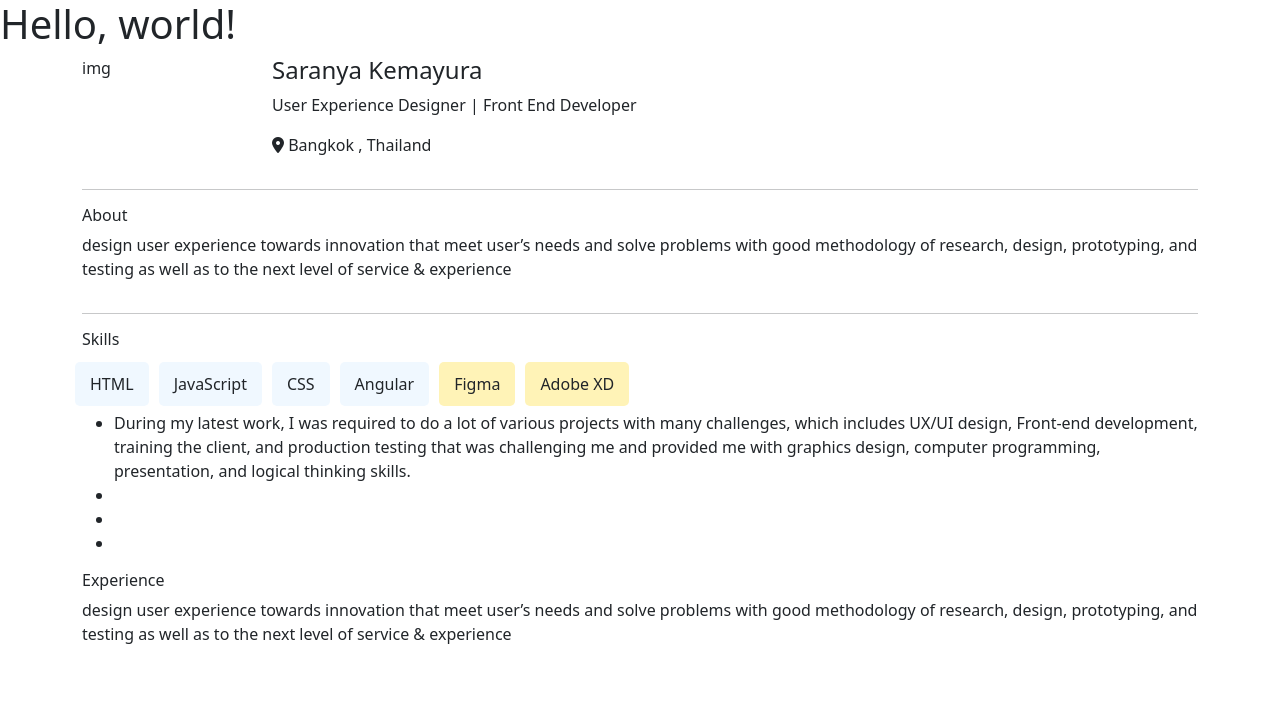
Repository: 0910th/portfolio
Page: index.html
These files come from the project's save history. The page is drawn as it stood at one moment and after the next save; the edit follows.
The browser window is 1280 px wide. The pictures show the whole page.

Above is the page before, as saved 2022-12-12 10:22:35.

### index.html
<!doctype html>
<html lang="en">

<head>
    <meta charset="utf-8">
    <meta name="viewport" content="width=device-width, initial-scale=1">
    <title>Saranya Portfolio</title>

    <link href="./css/bootstrap.min.css" rel="stylesheet" crossorigin="anonymous">
    <link href="./css/mystyle.css" rel="stylesheet" crossorigin="anonymous">
    <!--font awesome -->
    <link rel="stylesheet" href="./fontawesome/css/all.css" type="text/css">
    <link rel="stylesheet" href="./fontawesome/css/fontawesome.css">
    <link rel="stylesheet" href="./fontawesome/css/brands.css">
    <link rel="stylesheet" href="./fontawesome/css/solid.css">
</head>

<body>
    <h1>Hello, world!</h1>
    <div class="container-md">
        <!-- Content here -->
        <!-- section01 Name  -->
        <div class="row justify-content-start">
            <div class="col-2 text-right">
                img
            </div>
            <div class="col-10">
                <h4>Saranya Kemayura</h4>
                <p>User Experience Designer | Front End Developer</p>
                <p><i class="fa-solid fa-location-dot"></i> Bangkok , Thailand </p>
            </div>

        </div>
        <hr>
        <div class="row">

            <h6>About</h6>
            <p>design user experience towards innovation that meet user’s needs and solve problems with good methodology of
                research,
                design, prototyping, and testing as well as to the next level of service & experience</p>
        </div>
        <hr>
        <div class="row">
            <h6>Skills</h6>
            <div class="badge-text code">HTML</div>
            <div class="badge-text code">JavaScript</div>
            <div class="badge-text code">CSS</div>
            <div class="badge-text code">Angular</div>
            <div class="badge-text design">Figma</div>
            <div class="badge-text design">Adobe XD</div>
            <div class="">
                <ul>
                    <li>During my latest work, I was required to do a lot of various projects with many challenges, which includes UX/UI design,
                    Front-end development, training the client, and production testing that was challenging me and provided me with graphics
                    design, computer programming, presentation, and logical thinking skills.</li>
                    <li></li>
                    <li></li>
                    <li></li>
                </ul>
            </div>
        </div>
        <div class="row">

            <h6>Experience</h6>
            <p>design user experience towards innovation that meet user’s needs and solve problems with good methodology of
                research,
                design, prototyping, and testing as well as to the next level of service & experience</p>
        </div>

    </div>




    <!-- script -->
    <script src="https://cdn.jsdelivr.net/npm/@popperjs/core@2.11.6/dist/umd/popper.min.js"
        integrity="sha384-oBqDVmMz9ATKxIep9tiCxS/Z9fNfEXiDAYTujMAeBAsjFuCZSmKbSSUnQlmh/jp3"
        crossorigin="anonymous"></script>
    <script src="https://cdn.jsdelivr.net/npm/bootstrap@5.2.3/dist/js/bootstrap.min.js"
        integrity="sha384-cuYeSxntonz0PPNlHhBs68uyIAVpIIOZZ5JqeqvYYIcEL727kskC66kF92t6Xl2V"
        crossorigin="anonymous"></script>
</body>

</html>

### css/mystyle.css
.badge-text {
    padding: 10px 15px;
    margin: 5px 5px;
    border-radius: 5px;
    width: max-content;

}
.badge-text.code {
     background-color: #f0f8ff;
}
.badge-text.design {
     background-color: #fff3b7;
}

Loaded but not shown: css/bootstrap.min.css (library); fontawesome/css/all.css (library); fontawesome/css/fontawesome.css (library); fontawesome/css/solid.css (common file); fontawesome/css/brands.css (1432 lines, source omitted)

After the next save:
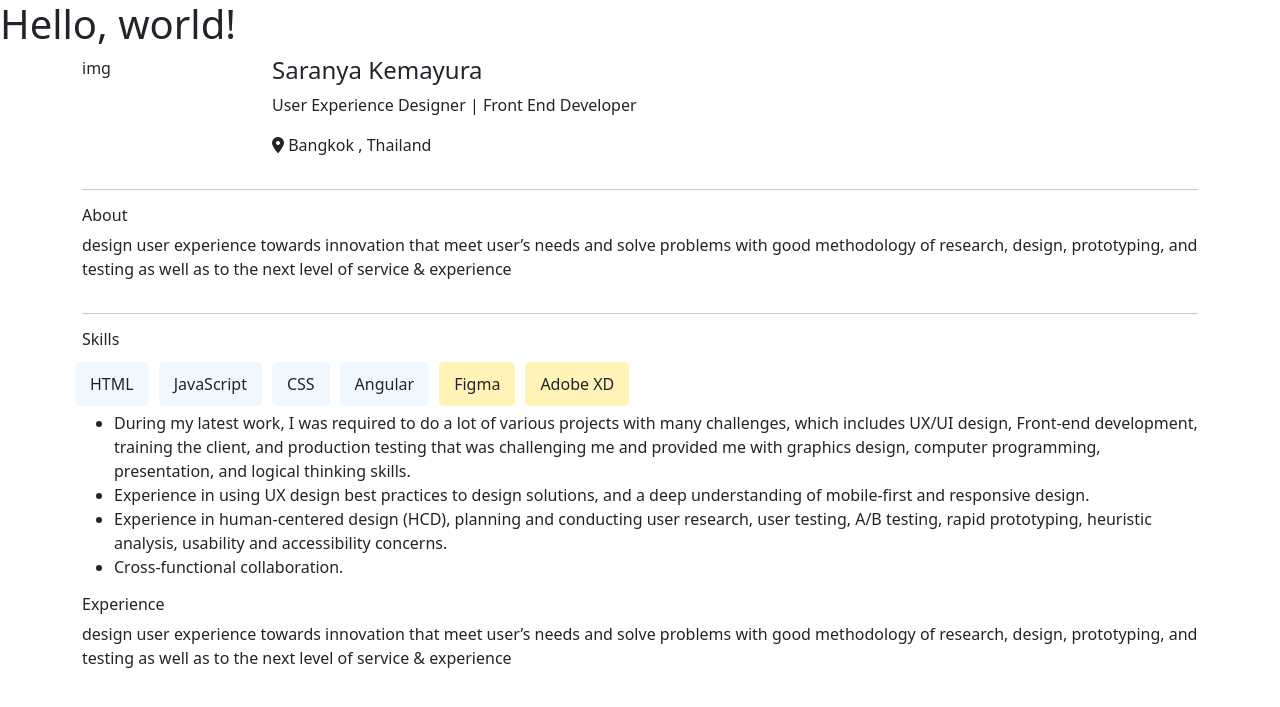
Saved 111 s later.
--- a/index.html
+++ b/index.html
@@ -50,12 +50,14 @@
             <div class="badge-text design">Adobe XD</div>
             <div class="">
                 <ul>
-                    <li>During my latest work, I was required to do a lot of various projects with many challenges, which includes UX/UI design,
+                    <li> During my latest work, I was required to do a lot of various projects with many challenges, which includes UX/UI design,
                     Front-end development, training the client, and production testing that was challenging me and provided me with graphics
                     design, computer programming, presentation, and logical thinking skills.</li>
-                    <li></li>
-                    <li></li>
-                    <li></li>
+                    <li> Experience in using UX design best practices to design solutions, and a deep understanding of mobile-first and
+                    responsive design.</li>
+                    <li> Experience in human-centered design (HCD), planning and conducting user research, user testing, A/B testing, rapid
+                    prototyping, heuristic analysis, usability and accessibility concerns.</li>
+                    <li> Cross-functional collaboration.</li>
                 </ul>
             </div>
         </div>
